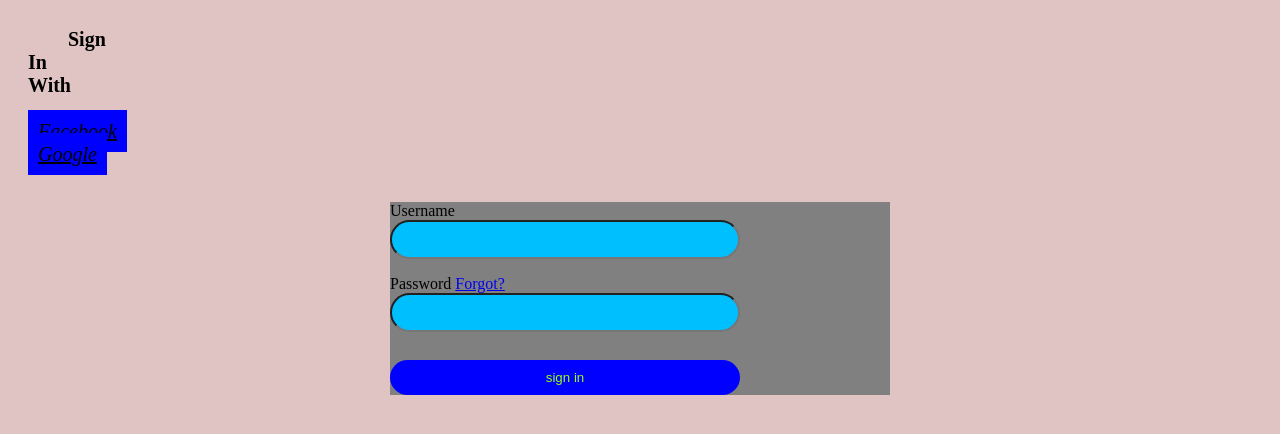
Repository: Tobby004/bdc-assignment-2
Page: index.html
These files come from the project's save history. The page is drawn as it stood at one moment and after the next save; the edit follows.
The browser window is 1280 px wide. The pictures show the whole page.

Above is the page before, as saved 2023-02-08 09:24:49.

After the next save:
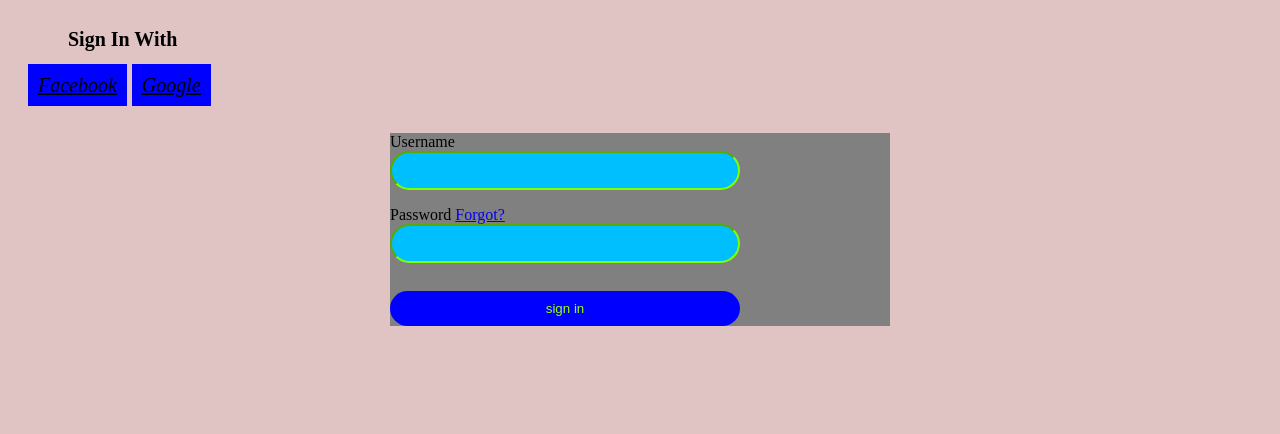
Saved 12 h 4 min later.
--- a/task.css
+++ b/task.css
@@ -3,11 +3,10 @@
 }
 body {
     background-color: rgb(224, 195, 195);
-    justify-content: center;
 }
 header{
     padding: 20px;
-    max-width: 50px;
+    justify-content: right;
 }
 header a {
     padding: 10px;
@@ -16,6 +15,7 @@ header a {
     font-style: italic;
     background: blue;
     color: black;
+
 
 
 }
@@ -41,6 +41,7 @@ input {
     border-radius: 20px;
     margin-bottom: 10px;
     padding: 10px;
+    border-color: chartreuse;
 }
 button {
     display: block;
